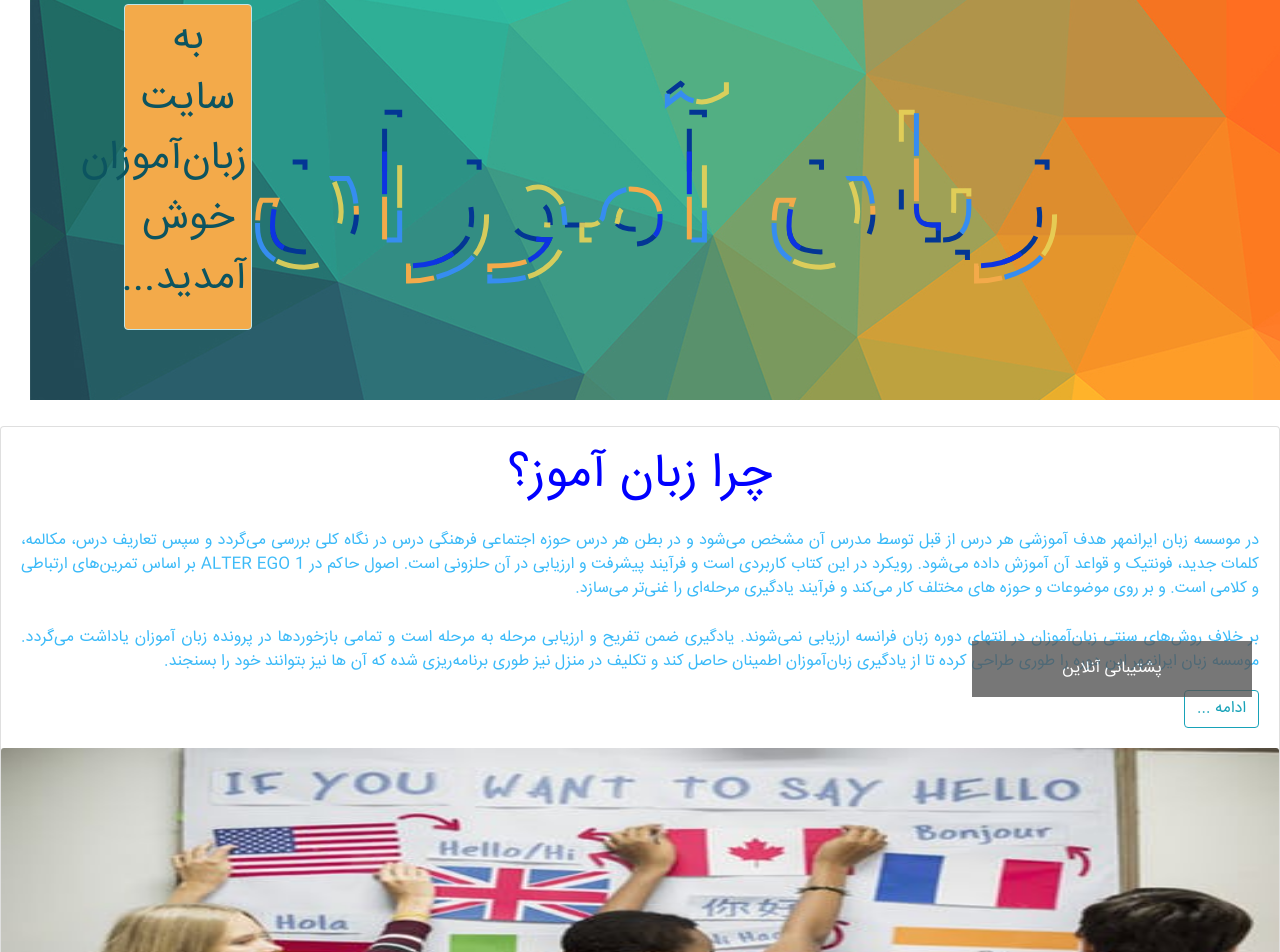
Repository: nikmahla/ZabanAmozan
Page: LanguageWebSite.html
An editor plug-in stored every save of this project. The page is shown before and after the next save, followed by the edit.
The browser window is 1280 px wide. The pictures show the part of the page from y = 0 to 952 px (the page is 3961 px tall).
A picture or video elsewhere on the page could not be fetched, so the positions and the page height are approximate.

Above is the page before, as saved 2019-10-11 22:35:32.

### LanguageWebSite.html
<html lang="en">

<head>
    <meta charset="UTF-8">
    <meta name="viewport" content="width=device-width, initial-scale=1.0">
    <meta http-equiv="X-UA-Compatible" content="ie=edge">
    <link rel="stylesheet" href="css/bootstrap.css">
    <link rel="stylesheet" href="css/stylesheet.css">
    <link rel="shortcut icon" href="images/fav.jpg" title="favicon">
    <script src="jquery.min.js"></script>
    <title>Learn New Language</title>
</head>

<body class="container-fluid">

    <div class="row bg-image">
        <svg viewBox="0 0 960 300">
            <symbol id="s-text">
                <text text-anchor="middle" x="50%" y="80%"> زبان آموزان</text>
            </symbol>

            <g class="g-ants">
                <use xlink:href="#s-text" class="text-copy"></use>
                <use xlink:href="#s-text" class="text-copy"></use>
                <use xlink:href="#s-text" class="text-copy"></use>
                <use xlink:href="#s-text" class="text-copy"></use>
                <use xlink:href="#s-text" class="text-copy"></use>
            </g>
        </svg>
    </div>

    <div id="alert" class="alert alert-info p-1 m-1">
        <p class="text-center">به سایت زبان‌آموزان خوش آمدید...</p>
    </div>

    <div class="row">
        <div class="card  " style="margin-top: 2%">
            <div class="card-body">
                <h5 class="card-title card-title-me"> چرا زبان آموز؟ </h5>
                <p class="card-body-me">در موسسه زبان ایرانمهر هدف آموزشی هر درس از قبل توسط مدرس آن مشخص می‌شود و در
                    بطن هر
                    درس حوزه اجتماعی فرهنگی درس در نگاه کلی بررسی می‌گردد و سپس تعاریف درس، مکالمه، کلمات جدید، فونتیک و
                    قواعد آن آموزش داده می‌شود. رویکرد در این کتاب کاربردی است و فرآیند پیشرفت و ارزیابی در آن حلزونی
                    است.
                    اصول حاکم در ALTER EGO 1 بر اساس تمرین‌های ارتباطی و کلامی است. و بر روی موضوعات و حوزه های مختلف
                    کار
                    می‌کند و فرآیند یادگیری مرحله‌‌ای را غنی‌تر می‌سازد.</p>
                <p class="card-body-me">
                    بر خلاف روش‌های سنتی زبان‌آموزان در انتهای دوره زبان فرانسه ارزیابی نمی‌شوند. یادگیری ضمن تفریح و
                    ارزیابی مرحله به مرحله است و تمامی بازخوردها در پرونده زبان آموزان یاداشت می‌گردد. موسسه زبان
                    ایرانمهر
                    این دوره را طوری طراحی کرده تا از یادگیری زبان‌آموزان اطمینان حاصل کند و تکلیف در منزل نیز طوری
                    برنامه‌ریزی شده که آن ها نیز بتوانند خود را بسنجند.
                </p>
                <button type="button" class="btn btn-outline-info">ادامه ...</button>

            </div>
            <img src="./images/fl031.jpg" class="card-img-top card-img" alt="">
        </div>
    </div>


    <div class="row ">
        <div class="col-md-6">
            <div class="videoplay ">
                <video class="img-fluid" autoplay="" loop="" playsinline="" muted="">
                    <source type="video/mp4" src="images/class03.mp4">
                </video>
            </div>
        </div>
        <div class="col-md-6 ">
            <h3 class="text-class">
                1.زمان مد نظرتو انتخاب کن
            </h3>
        </div>
    </div>

    <div class="row ">
        <div class="col-md-6 ">
            <h3 class="text-class">
                2.کلاستو انتخاب کن
            </h3>
        </div>
        <div class="col-md-6">
            <div class="videoplay ">
                <video class="img-fluid" autoplay="" loop="" playsinline="" muted="">
                    <source type="video/mp4" src="images/class031.mp4">
                </video>
            </div>
        </div>
    </div>

    <div class="row ">
        <div class="col-md-6">
            <div class="videoplay ">
                <video class="img-fluid" autoplay="" loop="" playsinline="" muted="">
                    <source type="video/mp4" src="images/class033.mp4">
                </video>
            </div>
        </div>
        <div class="col-md-6 ">
            <h3 class="text-class">
                3. برو کلاس
            </h3>
        </div>
    </div>

    <div class="row" style="margin-top:2% ">
        <div class="card card-box" style="width:30%">
            <img class="card-img-top" src="./images/cl8.jpg" alt="Card image">
            <div class="card-body">
                <h4 class="card-title">دوره های آموزش زبان فرانسه متوسطه بزرگسالان</h4>
                <p class="card-text">دوره های فشرده نیمه گروهی ( 6 تا 8 نفره )</p>
                <a href="#" class="btn btn-primary">مشاهده</a>
            </div>
        </div>

        <div class="card card-box" style="width:30%">
            <img class="card-img-top" src="./images/cl9.jpg" alt="Card image">
            <div class="card-body">
                <h4 class="card-title">دوره آموزش زبان فرانسه پیش متوسطه کودکان</h4>
                <p class="card-text">دوره زبان فرانسه پیش متوسطه کودکان (+A2)</p>
                <a href="#" class="btn btn-primary">مشاهده</a>
            </div>
        </div>

        <div class="card card-box" style="width:30%">
            <img class="card-img-top" src="./images/cl10.jpg" alt="Card image">
            <div class="card-body">
                <h4 class="card-title">دوره زبان فرانسه پیشرفته بزرگسالان</h4>
                <p class="card-text">دوره زبان فرانسه پیش متوسطه</p>
                <a href="#" class="btn btn-primary">مشاهده</a>
            </div>
        </div>
    </div>



    <div class="row bg">
        <h3 class="h1-list" data-shadow='dang!'>کلاسهای پاییز</h3>
    </div>



    <table class="table table-hover table-me">
        <thead>
            <tr>
                <th scope="col">#</th>
                <th scope="col">روزهای هفته</th>
                <th scope="col">کلاس</th>
                <th scope="col">استاد</th>
                <th> انتخاب</th>
            </tr>
        </thead>
        <tbody>
            <tr>
                <th scope="row">1</th>
                <td>شنبه</td>
                <td>زبان فرانسه</td>
                <td>دکتر رضایی</td>
                <td>
                    <button type="button" class="btn btn-outline-warning">مشاهده</button>
                </td>


            </tr>
            <tr>
                <th scope="row">2</th>
                <td>یکشنبه</td>
                <td>زبان فرانسه</td>
                <td>دکتر رضایی</td>
                <td>
                    <button type="button" class="btn btn-outline-warning">مشاهده</button>
                </td>

            </tr>
            <tr>
                <th scope="row">3</th>
                <td>دوشنبه</td>
                <td>زبان فرانسه</td>
                <td>دکتر رضایی</td>
                <td>
                    <button type="button" class="btn btn-outline-warning">مشاهده</button>
                </td>

            </tr>
            <tr>
                <th scope="row">4</th>
                <td>سه شنبه</td>
                <td>زبان فرانسه</td>
                <td>دکتر رضایی</td>
                <td>
                    <button type="button" class="btn btn-outline-warning">مشاهده</button>
                </td>
            </tr>
            <tr>
                <th scope="row">5</th>
                <td>چهارشنبه</td>
                <td>زبان فرانسه</td>
                <td>دکتر رضایی</td>
                <td>
                    <button type="button" class="btn btn-outline-warning">مشاهده</button>
                </td>
            </tr>
            <tr>
                <th scope="row">6</th>
                <td>پنجشنبه</td>
                <td>زبان فرانسه</td>
                <td>دکتر رضایی</td>
                <td>
                    <button type="button" class="btn btn-outline-warning">مشاهده</button>
                </td>

            </tr>
            <tr>
                <th scope="row">7</th>
                <td>جمعه</td>
                <td>زبان فرانسه</td>
                <td>دکتر رضایی</td>
                <td>
                    <button type="button" class="btn btn-outline-warning">مشاهده</button>
                </td>

            </tr>
        </tbody>
    </table>


    <button class="open-button" onclick="openForm()">پشتیبانی آنلاین</button>

    <div class="chat-popup" id="myForm">
        <form action="/action_page.php" class="form-container">
            <h5 class="text-right"> پشتیبانی زبان‌آموزان </h5>

            <label for="msg"><b> در خدمت شماست:</b></label>
            <textarea placeholder="متن ارسالی ..." name="msg" required></textarea>

            <button type="submit" class="btn">ارسال</button>
            <button type="button" class="btn cancel" onclick="closeForm()">بستن</button>
        </form>
    </div>



    <footer class="footer container-fluid">
        <div class="footer-middle">
            <div class="">
                <div class="row">
                    <div class="col-md-6 col-sm-6  ">

                        <div class="footer-pad">
                            <h4>راه های ارتباطی</h4>
                            <ul class="list-unstyled">
                                <li><a href="#"></a></li>
                                <li><a href="#">شماره تماس</a></li>
                                <li><a href="#">مشاوره حضوری</a></li>
                                <li><a href="#">ادرس ایمیل</a></li>
                                <li><a href="#">شبکه اجتماعی</a></li>

                            </ul>
                        </div>
                    </div>


                    <div class="col-md-6 col-sm-6 ">

                        <div class="footer-pad">
                            <h4> خواندیها برای شما</h4>
                            <ul class="list-unstyled">
                                <li><a href="#"> معرفی دیشکنری </a></li>
                                <li><a href="#">معرفی فیلم</a></li>
                                <li><a href="#">معرفی نرم افزار</a></li>
                                <li><a href="#">معرفی داستان</a></li>
                                <li><a href="#">معرفی سایت</a></li>
                                <li>
                                    <a href="#"></a>
                                </li>
                            </ul>
                        </div>
                    </div>

                </div>
                <div class="row">
                    <div class="col-md-12 copy">
                        <p class="text-center">&copy; حقوق مادی و معنوی سایت محفوظ است.</p>
                    </div>
                </div>


            </div>
        </div>
    </footer>

    <script>
        function openForm() {
            document.getElementById("myForm").style.display = "block";
        }

        function closeForm() {
            document.getElementById("myForm").style.display = "none";
        }
        $(document).ready(function () {
            setTimeout(function () {
                $('#alert').slideDown('slow');

                var alert = $('#alert');
                alert.animate({ right: '80%' }, "2000");
                alert.animate({ fontSize: '2.5em'  }, "100");
            }, 1500);
        })
        // $(document).ready(function () {
        //     setTimeout(function () {
        //         $('#alert').hide();
        //     }, 6000);
        // })
        // $(document).ready(function () {
        //     $('#alert').click(function () {
        //         var alert = $('#alert');
        //         alert.animate({ left: '100px' }, "slow");
        //         alert.animate({ fontSize: '3em' }, "slow");
        //     });

        //document.querySelector('#alert').style.visibility=hidden;
    </script>

</body>

</html>

### css/stylesheet.css
@font-face {
    font-family: 'iransans';
    src: url('../fonts/iransans_medium.woff2') format('woff2');
    font-weight: bold;
}

@font-face {
    font-family: 'iransans';
    src: url('../fonts/iransans_regular.woff2') format('woff2');
    font-weight: normal;
}

@font-face {
    font-family: 'iransans';
    src: url('../fonts/iransans_ultralight.woff2') format('woff2');
    font-weight: 200;
}

body {
    direction: rtl;
    text-align: right;
    margin: 0;
    font-family: 'iransans', tahoma;
}

* {
    box-sizing: border-box;
}

.videoplay {
    margin-top: 20%;
    min-width: 100%;
    min-height: 100%;
}

.text-class {
    margin-top: 45% !important;
    text-align: center;
    color: #3bbaf8
}

.bg-image {
    background-image: url('../images/bgh.png');
    height: 25rem;
    width: 100%;
}

.header-text {
    background: #8383e2;
}

.card-text {
    text-align: center;
    color: #115374;
    margin-top: 2%;
}

.card-btn {
    margin-top: 2%;
    color: blue;
}

.card-box {
    margin: 1%;
    padding: 1%;
    text-align: center;
}

.card-title-me {
    text-align: center;
    color: blue;
    font-size: 3rem;
}

.card-body-me {
    color: #3bbaf8;
    margin-top: 2%;
    text-align: justify;
}

.card-img {
    height: 25rem;
}

svg {
    display: block;
    font: 10.5em 'Montserrat';
    width: 960px;
    height: 300px;
    margin: 0 auto;
}

.text-copy {
    fill: none;
    stroke: white;
    stroke-dasharray: 6% 29%;
    stroke-width: 5px;
    stroke-dashoffset: 0%;
    animation: stroke-offset 5.5s infinite linear;
}

.text-copy:nth-child(1) {
    stroke: rgb(3, 54, 148);
    animation-delay: -1;
}

.text-copy:nth-child(2) {
    stroke: #e7d258e7;
    animation-delay: -2s;
}

.text-copy:nth-child(3) {
    stroke: rgb(54, 141, 240);
    animation-delay: -3s;
}

.text-copy:nth-child(4) {
    stroke: rgb(243, 170, 74);
    animation-delay: -4s;
}

.text-copy:nth-child(5) {
    stroke: rgb(13, 52, 226);
    animation-delay: -5s;
}

@keyframes stroke-offset {
    100% {
        stroke-dashoffset: -35%;
    }
}

.bg {
    margin: 2rem 0 2rem 0;
    text-align: center;
    background-color: rgba(243, 93, 33, 0.849);
}

.h1-list {
    margin-right: 20%;
    display: inline-block;
    color: white;
    font-size: 9em;
    text-shadow: .03em .03em 0 rgb(235, 71, 6);
}

.table-me {
    margin: 1rem 0 1rem 0;
    overflow: hidden;
}

.bt-me {
    color: orangered;
}

footer {
    width: 100%;
    background: #16222A;
    background: -webkit-linear-gradient(59deg, #3A6073, #16222A);
    background: linear-gradient(59deg, #3A6073, #16222A);
    color: white;
    margin-top: 100px;
    text-align: center;
}

footer a {
    color: #fff;
    font-size: 14px;
    transition-duration: 0.2s;
    display: inline-block;
}

footer a:hover {
    color: #FA944B;
    text-decoration: none;
}

.copy {
    font-size: 12px;
    padding: 10px;
    border-top: 1px solid #FFFFFF;
}

.footer-middle {
    padding-top: 2em;
    color: white;
}

.open-button {
    background-color: #555;
    color: white;
    padding: 16px 20px;
    border: none;
    cursor: pointer;
    opacity: 0.8;
    position: fixed;
    bottom: 23px;
    right: 28px;
    width: 280px;
}

/* The popup chat - hidden by default */

.chat-popup {
    display: none;
    position: fixed;
    bottom: 0;
    right: 15px;
    border: 3px solid #f1f1f1;
    z-index: 9;
}

/* Add styles to the form container */

.form-container {
    max-width: 300px;
    padding: 10px;
    background-color: white;
}

/* Full-width textarea */

.form-container textarea {
    width: 100%;
    padding: 15px;
    margin: 5px 0 22px 0;
    border: none;
    background: #f1f1f1;
    resize: none;
    min-height: 200px;
}

/* When the textarea gets focus, do something */

.form-container textarea:focus {
    background-color: #ddd;
    outline: none;
}

/* Set a style for the submit/send button */

.form-container .btn {
    background-color: #4CAF50;
    color: white;
    padding: 16px 20px;
    border: none;
    cursor: pointer;
    width: 100%;
    margin-bottom: 10px;
    opacity: 0.8;
}

/* Add a red background color to the cancel button */

.form-container .cancel {
    background-color: red;
}

/* Add some hover effects to buttons */

.form-container .btn:hover, .open-button:hover {
    opacity: 1;
}

#alert {
    position: fixed;
    top: 0;
    right: 0;
    width: 10%;
    display: none;
    background-color: rgb(243, 170, 74);

}

Loaded but not shown: css/bootstrap.css (library); node_modules/jquery/dist/jquery.min.js (library)

After the next save:
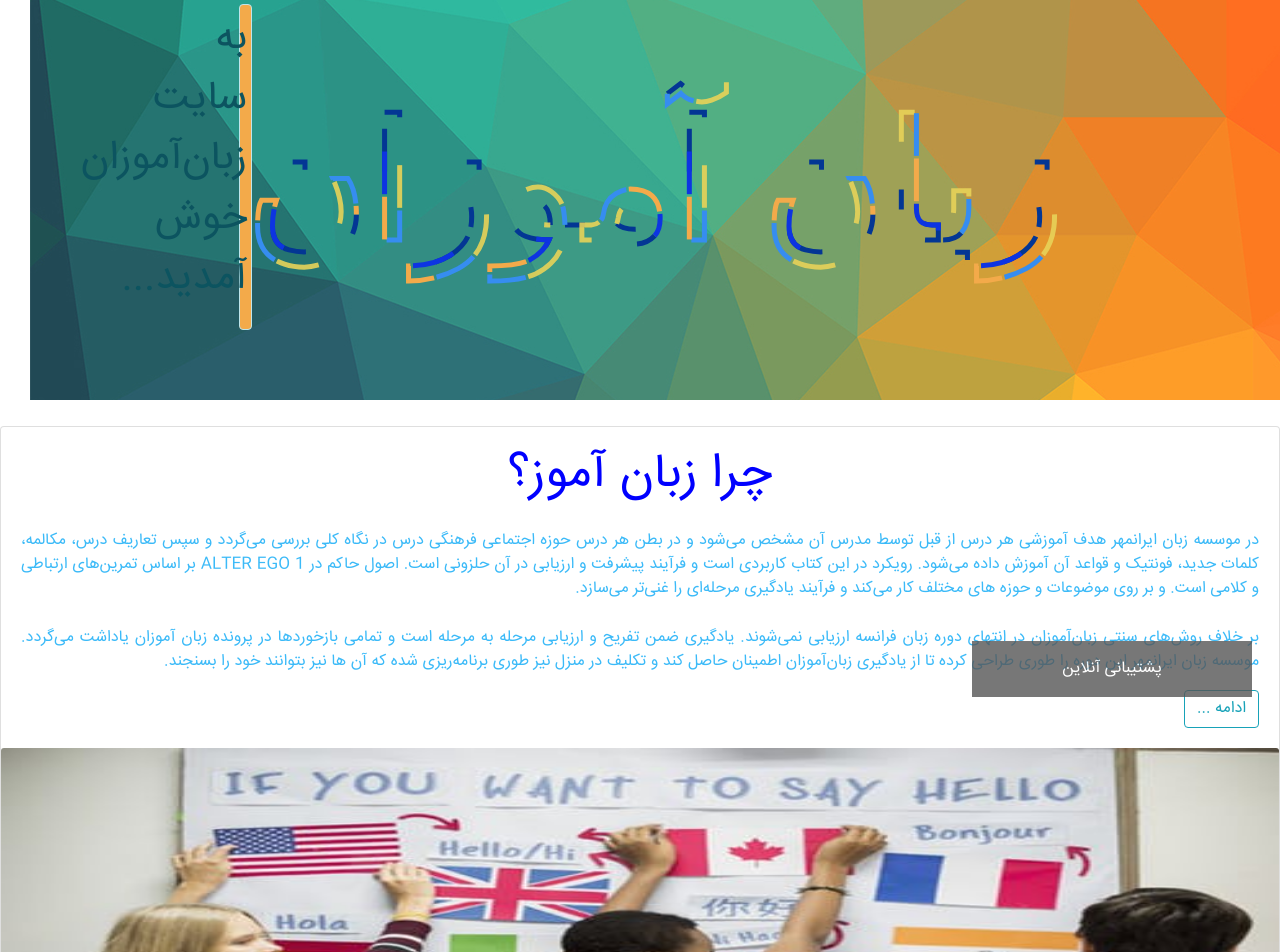
Saved 23 s later.
--- a/css/stylesheet.css
+++ b/css/stylesheet.css
@@ -266,7 +266,7 @@ footer a:hover {
     position: fixed;
     top: 0;
     right: 0;
-    width: 10%;
+    width: 1%;
     display: none;
     background-color: rgb(243, 170, 74);
 
